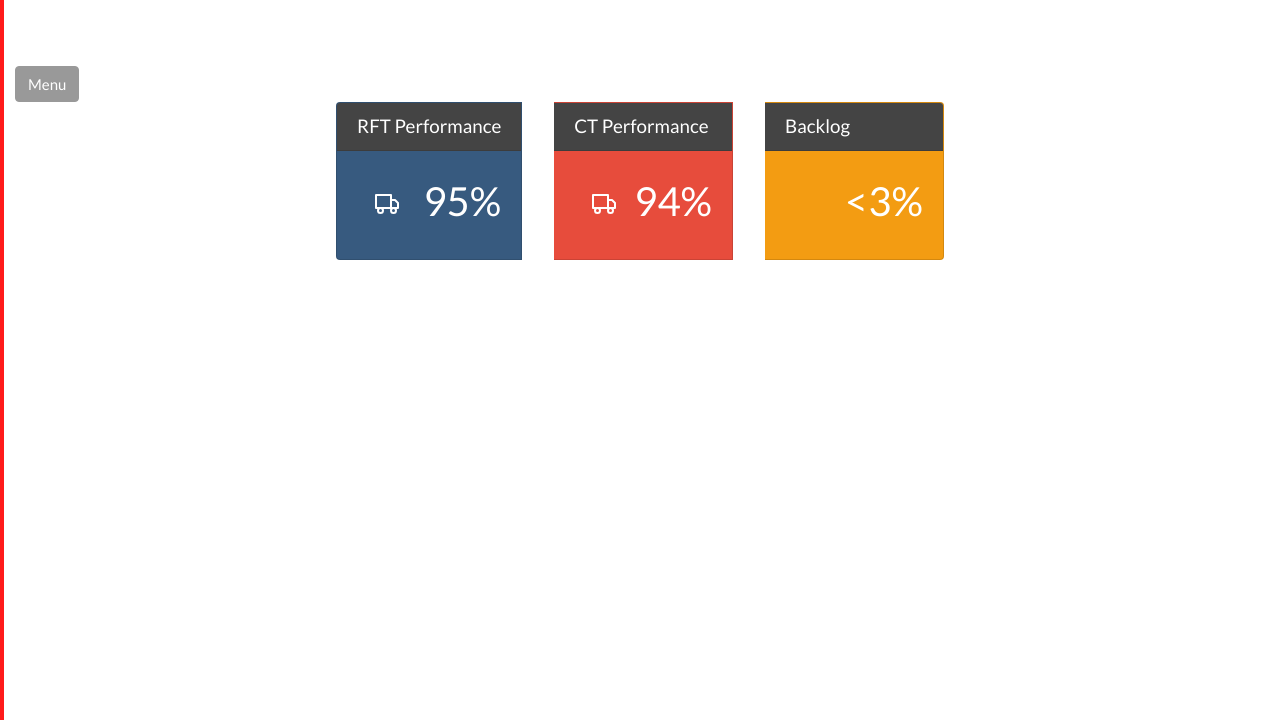
Repository: valenovi76/Delivery-Dashboard
Page: Index.html
The author's editor kept a record of every edit. The page is drawn from the files as they stood at one moment, then again after the next edit.
The browser window is 1280 px wide. The pictures show the whole page.
Some icons come from a web library that is not loaded, so they are not drawn. Some web libraries are served in a nearby version.

Above is the page before.
Console error: TypeError: Cannot read properties of null (reading 'textContent')

### Index.html
<!DOCTYPE html>
<html lang="en">
<head>
    <meta charset="UTF-8">
    <meta name="viewport" content="width=device-width, initial-scale=1.0">
    <meta http-equiv="X-UA-Compatible" content="ie=edge">

    <link rel="stylesheet" href="static/css/bootstrap.min.css" type="text/css" />
    <link rel="stylesheet" href="static/css/dc.min.css" type="text/css" />
    <link href="vendor/fontawesome-free/css/all.min.css" rel="stylesheet" type="text/css">
    <script type="text/javascript" src="static/js/d3.min.js"></script>
    <script type="text/javascript" src="static/js/crossfilter.min.js"></script>
    <script type="text/javascript" src="static/js/dc.min.js"></script>
    <script type="text/javascript" src="static/js/queue.min.js"></script>
    <script type="text/javascript" src="static/js/graphs.js"></script>
    <script src="https://ajax.googleapis.com/ajax/libs/jquery/1.11.3/jquery.min.js"></script>
    <script src="http://maxcdn.bootstrapcdn.com/bootstrap/3.3.4/js/bootstrap.min.js"></script>
    <link rel="stylesheet" href="static/css/style.css" type="text/css" />
    <title>Daily Delivery Dashboard</title>

</head>
<body>

    <div id="wrapper">

        <!-- Sidebar -->
        <div id="sidebar-wrapper">
            <ul class="sidebar-nav">
                <li><a href="#">RFT Performance</a></li>
                <li><a href="#">CT Performance</a></li>
                <li><a href="#">Backlog</a></li>
                <li><a href="#">Data Tables Downloads</a></li>
            </ul>
        </div>

        <!-- Page content -->
        <div id="page-content-wrapper bg-white">
            <div class="container-fluid">
                <div class="header text-center">
                    <h1>Delivery KPIs Dashboard</h1>
                </div>
                <div class="row">
                    <div class="col-lg-12">
                            <a href="#" class="btn btn-light" id="menu-toggle">Menu</a>

                            <div class="row">
                              <div class="card-group mx-auto">
                                    <div class="card flex-fill bg-primary text-white mx-3">
                											<div class="card-header">
                												<h5 class="card-title text-white mb-0">RFT Performance</h5>
                											</div>
                    											<div class="card-body py-3">
                    												<div class="row no-gutters">
                    													<div class="col-4 align-self-center text-left">
                    														<div class="icon icon-primary">
                    															<svg xmlns="http://www.w3.org/2000/svg" width="24" height="24" viewBox="0 0 24 24" fill="none" stroke="currentColor" stroke-width="2" stroke-linecap="round" stroke-linejoin="round" class="feather feather-truck align-middle"><rect x="1" y="3" width="15" height="13"></rect><polygon points="16 8 20 8 23 11 23 16 16 16 16 8"></polygon><circle cx="5.5" cy="18.5" r="2.5"></circle><circle cx="18.5" cy="18.5" r="2.5"></circle></svg>
                    														</div>
                    													</div>
                    													<div class="col-8 align-self-center text-right">

                    														<h2 class="text-white">95%</h2>
                    													</div>
                    												</div>
                    											</div>
                    										</div>
                                    <div class="card flex-fill bg-danger text-white mx-3">
                											<div class="card-header">
                												<h5 class="card-title text-white mb-0">CT Performance</h5>
                											</div>
                    											<div class="card-body py-3">
                    												<div class="row no-gutters">
                    													<div class="col-4 align-self-center text-left">
                    														<div class="icon icon-primary">
                    															<svg xmlns="http://www.w3.org/2000/svg" width="24" height="24" viewBox="0 0 24 24" fill="none" stroke="currentColor" stroke-width="2" stroke-linecap="round" stroke-linejoin="round" class="feather feather-truck align-middle"><rect x="1" y="3" width="15" height="13"></rect><polygon points="16 8 20 8 23 11 23 16 16 16 16 8"></polygon><circle cx="5.5" cy="18.5" r="2.5"></circle><circle cx="18.5" cy="18.5" r="2.5"></circle></svg>
                    														</div>
                    													</div>
                    													<div class="col-8 align-self-center text-right">
                    														<h2 class="text-white">94%</h2>
                    													</div>
                    												</div>
                    											</div>
                    										</div>
                                    <div class="card flex-fill bg-warning text-white mx-3">
                											<div class="card-header">
                												<h5 class="card-title text-white mb-0">Backlog</h5>
                											</div>
                    											<div class="card-body py-3">
                    												<div class="row no-gutters">
                    													<div class="col-4 align-self-center text-left">
                    														<div class="icon icon-primary">
                    														    <i class="far fa-check-square"></i>
                    														</div>
                    													</div>
                    													<div class="col-8 align-self-center text-right">
                    														<h2 class="text-white"> <3% </h2>
                    													</div>
                    												</div>
                    											</div>
                    										</div
                              </div>
                            </div>
                    </div>
                </div>
            </div>
        </div>

    </div>

    <!-- Menu toggle script -->
    <script>
        $("#menu-toggle").click( function (e){
            e.preventDefault();
            $("#wrapper").toggleClass("menuDisplayed");
        });
    </script>

</body>
</html>

### static/js/graphs.js
//load data
queue()
.defer(d3.csv, "/data/orders.csv")
.await(makeGraphs);


// Make graphs function
function makeGraphs(error, orderData) {

    var ndx = crossfilter(orderData);


orderData.forEach(function(d){
d.CT_Ex_Delayed_Days=parseInt(d.CT_Ex_Delayed_Days)})




    show_wip_group_selector(ndx);
    show_product_selector(ndx);
    show_project_selector(ndx);
    show_created(ndx);
    show_completed(ndx);
    show_order_order_type(ndx);
    show_ct_avg(ndx);
    show_SLT_perf(ndx);
    show_ontime_late(ndx);
    show_percent_RFT_OnTime(ndx);
    show_percent_CT_Pass(ndx);
    show_monthly_delivery(ndx);



    dc.renderAll();
}


//Selector js
function show_wip_group_selector(ndx){
    var dim = ndx.dimension(dc.pluck('Channel'));
    var group = dim.group();
    var select = dc.selectMenu("#wip_group_selector")
        .dimension(dim)
        .group(group);

}
function show_product_selector(ndx){
    var dim = ndx.dimension(dc.pluck('Product'));
    var group = dim.group();
    var select = dc.selectMenu("#product_selector")
        .dimension(dim)
        .group(group);

}
function show_project_selector(ndx){
    var dim=ndx.dimension(dc.pluck('Project'));
    var group= dim.group();
    var select = dc.selectMenu("#project_selector")
        .dimension(dim)
        .group(group);

}

// KPIS values -RFT %

function show_percent_RFT_OnTime(ndx) {
    var percentageThatAreOnTime = ndx.groupAll().reduce(
        function(p, v) {
            p.total++;
                if(v.On_Time === "On-Time") {
                    p.match++;
                }
                return p;
            },
            function (p, v) {
                p.total--;
                if(v.On_Time === "On-Time") {
                    p.match--;
                }
                return p;
            },
            function () {
                return {total: 0, match: 0};
            }
    );

    dc.numberDisplay("#RFTPerc")
        .formatNumber(d3.format(".1%"))
        .valueAccessor(function (d) {
            if (d.count == 0) {
                return 0;
            } else {
                return ( d.match/d.total );
            }
        })
        .group(percentageThatAreOnTime)
}

// KPIS values - CT %

function show_percent_CT_Pass(ndx) {
    var percentageThatArePassed = ndx.groupAll().reduce(
        function(p, v) {
            p.total++;
                if(v.SLT_Status === "Pass") {
                    p.match++;
                }
                return p;
            },
            function (p, v) {
                p.total--;
                if(v.SLT_Status === "Pass") {
                    p.match--;
                }
                return p;
            },
            function () {
                return {total: 0, match: 0};
            }
    );

    dc.numberDisplay("#CTPerc")
        .formatNumber(d3.format(".1%"))
        .valueAccessor(function (d) {
            if (d.count == 0) {
                return 0;
            } else {
                return ( d.match/d.total );
            }
        })
        .group(percentageThatArePassed)
}

//KPIS values - Monthly deliveries
function show_monthly_delivery(ndx){
    var avgMonthlyDeliveries = ndx.groupAll().reduce(
        function(p, v) {
            p.total++;
                if(v.Order_Status === "Completed") {
                    p.match++;
                }
                return p;
            },
            function (p, v) {
                p.total--;
                if(v.Order_Status === "Completed") {
                    p.match--;
                }
                return p;
            },
            function () {
                return {total: 0, match: 0};
            }
    );

    dc.numberDisplay("#avg_monthly_delivery")
        .formatNumber(d3.format(".1f"))
        .valueAccessor(function (d) {
            if (d.total == 0) {
                return 0;
            } else {
                return ( d.match/6 );
            }
        })
        .group(avgMonthlyDeliveries)
}


//created line js
function show_created(ndx) {
var dim = ndx.dimension(dc.pluck('Created_Month'));
var group =dim.group();

dc.lineChart("#created")
.width(400)
.height(300)
.margins({top: 30, right: 40, bottom: 50, left: 50})
.dimension(dim)
.group(group)
.transitionDuration(500)
.x(d3.scale.ordinal())
.xUnits(dc.units.ordinal)
.elasticY(true)
.xAxisLabel("FY 2019-2020 Month")
.yAxis().ticks(20);
 }

//completed line js
function show_completed(ndx) {
var dim = ndx.dimension(dc.pluck('Completed_Month'));
var group = dim.group();

dc.lineChart("#completed")

.width(400)
.height(300)
.margins({top: 30, right: 40, bottom: 50, left: 50})
.dimension(dim)
.group(group)
.transitionDuration(500)
.x(d3.scale.ordinal())
.xUnits(dc.units.ordinal)
.elasticY(true)
.xAxisLabel("FY 2019-2020 Month")
.yAxis().ticks(20);
 }

//WIP pie js
function show_order_order_type(ndx) {
    var dim = ndx.dimension(dc.pluck('Order_Type'));
    var group = dim.group();


    dc.pieChart("#order_type")

        .width(400)
        .height(300)
        .slicesCap(4)
        .innerRadius(100)
        .dimension(dim)
        .group(group)
        .legend(dc.legend())

}
//CT Avg line js
function show_ct_avg(ndx){
var dim = ndx.dimension(dc.pluck("Completed_Month"));

function add_item(p,v){
p.count ++;
p.total += v.CT_Ex_Delayed_Days;
p.average = p.total/p.count;
return p;
}
function remove_item(p,v){
p.count--;
if(p.count==0){
p.total=0;
p.average=0;}else{
p.total -= v.CT_Ex_Delayed_Days;
p.average = p.total/p.count;
}
return p;
}
function initialise(){
    return{count:0, total:0, average:0};
}


var group= dim.group().reduce(add_item,remove_item,initialise);


dc.lineChart("#ct_avg")
.width(400)
.height(300)
.margins({top: 10, right: 50, bottom: 30, left: 50})
.dimension(dim)
.group(group)
.valueAccessor(function(d){
return d.value.average})
.transitionDuration(500)
.x(d3.scale.ordinal())
.xUnits(dc.units.ordinal)
.elasticY(true)
.xAxisLabel("FY 2019-2020 Month")
.yAxis().ticks(20);

}
//CT perf js
function show_SLT_perf(ndx){

    function SLTPerfByMonth(dimension, SLT_Status) {
        return dimension.group().reduce(
            function (p, v) {
                p.total++;
                if(v.SLT_Status == SLT_Status) {
                    p.match++;
                }
                return p;
            },
            function (p, v) {
                p.total--;
                if(v.SLT_Status == SLT_Status) {
                    p.match--;
                }
                return p;
            },
            function () {
                return {total: 0, match: 0};
            }
        );
    }

    var dim = ndx.dimension(dc.pluck("Completed_Month"));
    var PassByMonth = SLTPerfByMonth(dim, "Pass");
    var FailByMonth = SLTPerfByMonth(dim, "Fail");

    dc.barChart("#ct_perf")
        .width(400)
        .height(300)
        .dimension(dim)
        .group(PassByMonth, "Pass")
        .stack(FailByMonth, "Fail")
        .valueAccessor(function(d) {
            if(d.value.total > 0) {
                return (d.value.match / d.value.total) * 100;
            } else {
                return 0;
            }
        })
        .x(d3.scale.ordinal())
        .xUnits(dc.units.ordinal)
        .legend(dc.legend().x(320).y(20).itemHeight(15).gap(5))
        .margins({top: 10, right: 100, bottom: 30, left: 30});
}

  //On time vs Late stacked-bars graph

   function show_ontime_late(ndx) {

    function RFTPerfByMonth(dimension, On_Time) {
        return dimension.group().reduce(
            function (p, v) {
                p.total++;
                if(v.On_Time == On_Time) {
                    p.match++;
                }
                return p;
            },
            function (p, v) {
                p.total--;
                if(v.On_Time == On_Time) {
                    p.match--;
                }
                return p;
            },
            function () {
                return {total: 0, match: 0};
            }
        );
    }

    var dim = ndx.dimension(dc.pluck("Completed_Month"));
    var OnTimeByMonth = RFTPerfByMonth(dim, "On-Time");
    var LateByMonth = RFTPerfByMonth(dim, "Late");

    dc.barChart("#ontime_perf")
        .width(400)
        .height(300)
        .dimension(dim)
        .group(OnTimeByMonth, "On-Time")
        .stack(LateByMonth, "Late")
        .valueAccessor(function(d) {
            if(d.value.total > 0) {
                return (d.value.match / d.value.total) * 100;
            } else {
                return 0;
            }
        })
        .x(d3.scale.ordinal())
        .xUnits(dc.units.ordinal)
        .legend(dc.legend().x(320).y(20).itemHeight(15).gap(5))
        .margins({top: 10, right: 100, bottom: 30, left: 30});
   }

### static/css/style.css
/*Body*/
.page-content-wrapper{
    background-color: white;
}

/*Header*/


/* Sidebar */
#sidebar-wrapper {
    z-index: 1;
    position: absolute;
    width: 0;
    height: 100%;
    overflow-y: hidden;
    background: #2C3E50;
    border: 2px solid red;
    opacity: 0.9;
}

/* Always take up entire screen */
#page-content-wrapper {
    width: 100%;
    position: absolute;
    padding: 15px;
    border: 5px solid blue;
}


/* Change with of sidebar from 0 to 250px */
#wrapper.menuDisplayed #sidebar-wrapper {
    width: 250px;
}

/* Since we added left padding, we need to shrink the width by 250px */
#wrapper.menuDisplayed #page-content-wrapper {
    padding-left: 250px;
}


/* Sidebar styling - the entire ul list */
.sidebar-nav {
    padding: 0;
    list-style: none;
}

.sidebar-nav li {
    text-indent: 20px;
    line-height: 40px;
}

.sidebar-nav li a {
    display: block;
    text-decoration: none;
    color: #ddd;
}

.sidebar-nav li a:hover {
    background: #16A085;
}

/*Header*/

/*Cards style*/
.card{
    display:block;
}

.icon {
    width: 60px !important;
    height: 60px !important;
    line-height: 52px;
    text-align: center;
    font-size: 2rem;
    margin: .5rem 0;
}

Loaded but not shown: static/css/bootstrap.min.css (library); static/css/dc.min.css (library); static/js/d3.min.js (library); static/js/crossfilter.min.js (library); static/js/dc.min.js (library); static/js/queue.min.js (common file)

After the next edit:
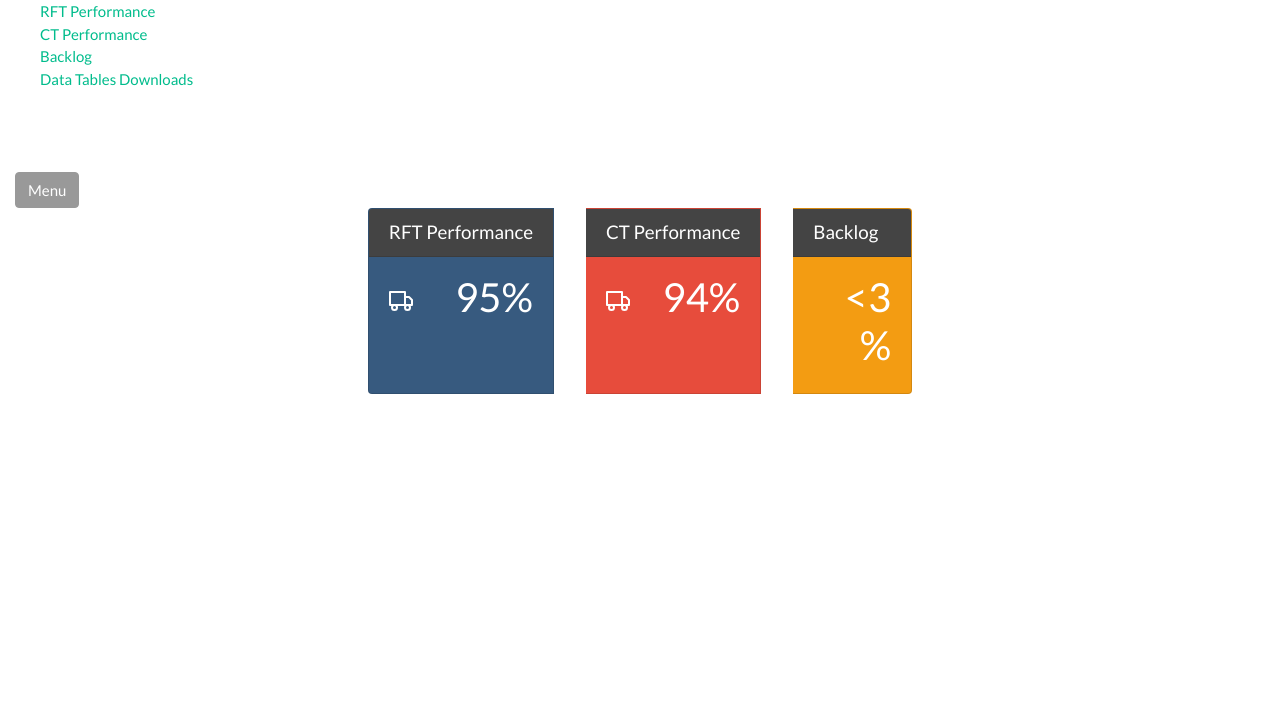
The edit:
--- a/Index.html
+++ b/Index.html
@@ -15,7 +15,7 @@
     <script type="text/javascript" src="static/js/graphs.js"></script>
     <script src="https://ajax.googleapis.com/ajax/libs/jquery/1.11.3/jquery.min.js"></script>
     <script src="http://maxcdn.bootstrapcdn.com/bootstrap/3.3.4/js/bootstrap.min.js"></script>
-    <link rel="stylesheet" href="static/css/style.css" type="text/css" />
+
     <title>Daily Delivery Dashboard</title>
 
 </head>

After the edit that followed:
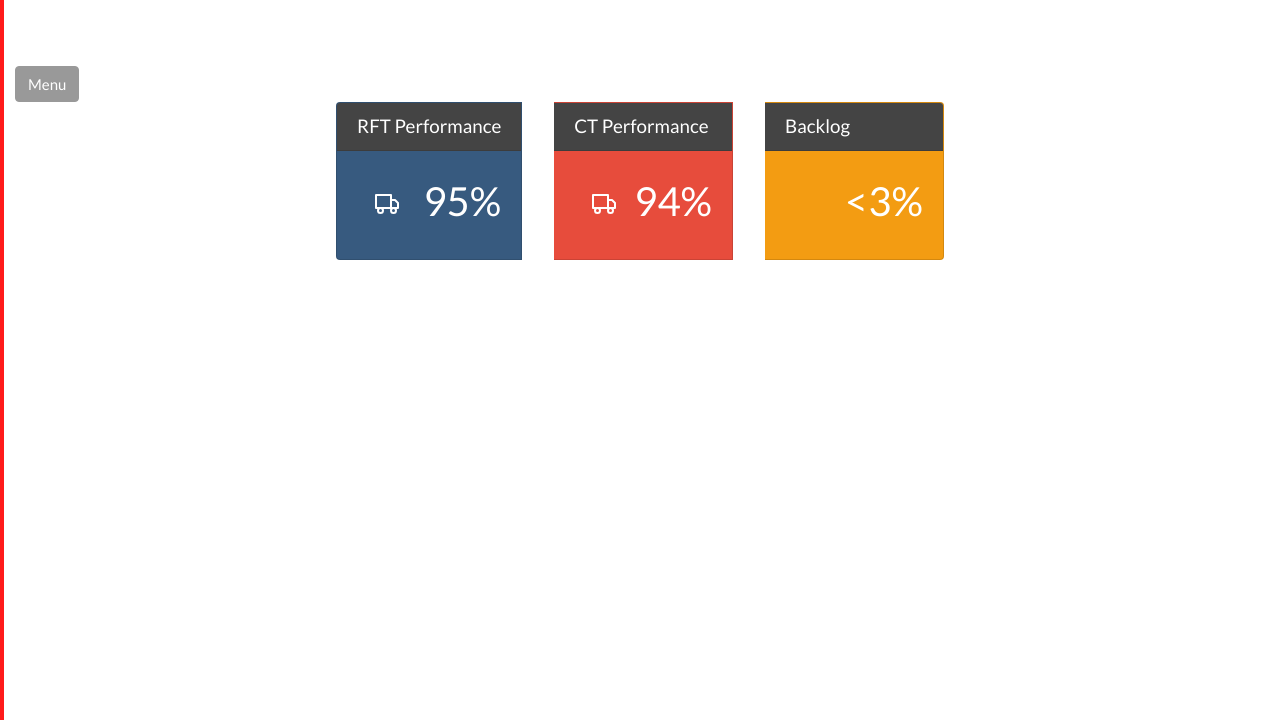
The edit:
--- a/Index.html
+++ b/Index.html
@@ -4,7 +4,7 @@
     <meta charset="UTF-8">
     <meta name="viewport" content="width=device-width, initial-scale=1.0">
     <meta http-equiv="X-UA-Compatible" content="ie=edge">
-
+    <link rel="stylesheet" href="static/css/style.css" type="text/css" />
     <link rel="stylesheet" href="static/css/bootstrap.min.css" type="text/css" />
     <link rel="stylesheet" href="static/css/dc.min.css" type="text/css" />
     <link href="vendor/fontawesome-free/css/all.min.css" rel="stylesheet" type="text/css">
